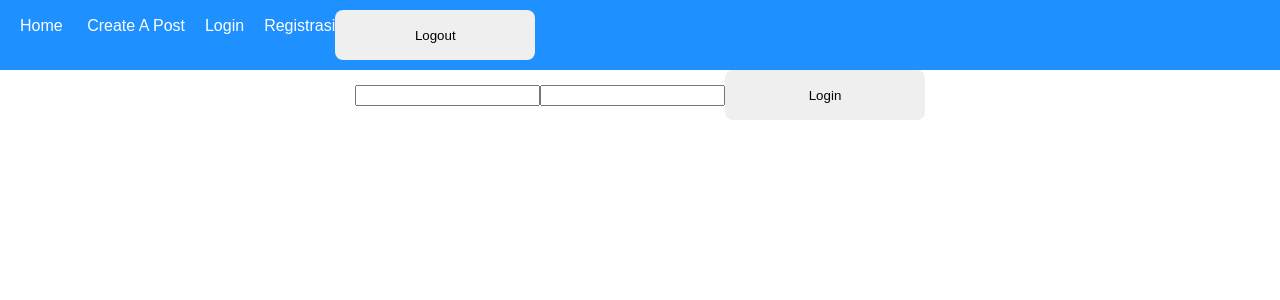
Repository: skipzenni/fullstack_react_training
Page: / (app in client/)
The author's editor kept a copy of each file at every save. The page is drawn from the files as they stood at one save, then again after a run of saves.
The browser window is 1280 px wide. The pictures show the whole page.
The page's requests for data from a server got no answer. The project was rebuilt for these pictures with package versions that can differ from the ones it lists, and the page was loaded fresh each time. No one was signed in, and anything a server would have sent is missing. Also part of the build but not shown: client/src/pages/CreatePost.js, client/src/pages/Post.js, client/src/pages/Registrasi.js, client/src/pages/PageNotFound.js.

Above is the page before, as saved 2023-06-20 00:56:24.

### client/src/App.js
import "./App.css";
import { BrowserRouter as Router, Routes, Route, Link } from "react-router-dom";
import Home from "./pages/Home";
import CreatePost from "./pages/CreatePost";
import Post from "./pages/Post";
import Login from "./pages/Login";
import Registrasi from "./pages/Registrasi";
import { AuthContext } from "./helpers/AuthContext";
import { useEffect, useState } from "react";
import axios from "axios";
import PageNotFound from "./pages/PageNotFound";

function App() {
  const [authState, setAuthState] = useState({
    username: "",
    id: 0,
    status: false,
  });

  useEffect(() => {
    axios.get("http://localhost:3003/auth/auth", {
      headers: {
        accessToken: localStorage.getItem("accessToken"),
      },
    }).then((response) => {
      if (response.data.error) {
        setAuthState({...authState, status: false})
      } else {
        setAuthState({
          username: response.data.username,
          id: response.data.id,
          status: true,
        })
      }
    })
  },[]); // add [] cause it make auth request loop forever

  const logout = () => {
    localStorage.removeItem('accessToken');
    setAuthState({username: "", id: 0, status: false});
  }
  return (
    <div className="App">
      <AuthContext.Provider value={{ authState, setAuthState }}>
        <Router>
          <div className="navbar">
            <div className="link">
            <Link to="/">Home</Link>
            <Link to="/createpost"> Create A Post</Link>
            {!authState.status ? (
              <>
                <Link to="/login">Login</Link>
                <Link to="/registrasi">Registrasi</Link>
              </>
            ) :(
              <button onClick={logout}>Logout</button>
            )
            }
            <h3>{authState.username}</h3>
            </div>
            <div className="logout-container">

              <button onClick={logout}>Logout</button>
            </div>
          </div>
          <Routes>
            <Route path="/" exact Component={Home} />
            <Route path="/createpost" exact Component={CreatePost} />
            <Route path="/post/:id" exact Component={Post} />
            <Route path="/login" exact Component={Login} />
            <Route path="/registrasi" exact Component={Registrasi} />
            <Route path="*" exact Component={PageNotFound} />
          </Routes>
        </Router>
      </AuthContext.Provider>
    </div>
  );
}

export default App;

### client/src/App.css
.App {
  width: 100vw;
  height: auto;
  display: flex;
  align-items: center;
  flex-direction: column;
}

body {
  margin: 0;
  padding: 0;
}


.likeBtn {
  color: rgba(250, 250, 250, 0.8);
}
.unlikeBtn {
  color: white;
}

.post {
  width: 400px;
  height: 300px;
  border-radius: 10px;
  display: flex;
  flex-direction: column;
  margin-top: 50px;
  border: 1px solid lightgray;
  font-family: Arial, Helvetica, sans-serif;

  box-shadow: rgba(99, 99, 99, 0.2) 0px 2px 8px 0px;
}

.post:hover {
  box-shadow: rgba(100, 100, 111, 0.2) 0px 7px 29px 0px;
  cursor: pointer;
}
.post .title {
  flex: 20%;
  border-bottom: 1px solid lightgray;
  background-color: dodgerblue;
  display: grid;
  place-content: center;
  color: white;
}

.post .body {
  flex: 60%;
  display: grid;
  place-content: center;
}

.post .footer {
  flex: 20%;
  border-top: 1px solid lightgray;
  display: flex;
  align-items: center;
  padding-left: 15px;
  background-color: dodgerblue;
  color: white;
  border-bottom-left-radius: 10px;
  border-bottom-right-radius: 10px;
}

/* CREATE POST PAGE CSS */

.createPostPage {
  font-family: Arial, Helvetica, sans-serif;
  width: 100vw;
  height: 70vh;
  display: flex;
  justify-content: center;
  align-items: center;
}
.formContainer {
  display: flex;
  flex-direction: column;
  justify-content: center;
  width: 500px;
  height: auto;
  padding: 20px;
  border: 5px solid dodgerblue;
  border-radius: 5px;
}

.formContainer #inputCreatePost {
  height: 40px;
  margin-top: 10px;
  margin-bottom: 10px;
  border: 2px solid grey;
  border-radius: 5px;
  padding-left: 10px;
  font-size: 20px;
}

.formContainer button {
  margin-top: 15px;
  height: 40px;
  border: none;
  background-color: lightskyblue;
  border-radius: 5px;
  color: white;
}

.formContainer button:hover {
  cursor: pointer;
  background-color: dodgerblue;
}

span {
  color: red;
}

/* NAVBAR */

.navbar {
  width: 100%;
  height: 70px;
  background-color: dodgerblue;
  display: flex;
  align-items: center;
  font-family: Arial, Helvetica, sans-serif;
}

.navbar a {
  margin-left: 20px;
  text-decoration: none;
  color: white;
}

/* INDIVIDUAL POST */
.postPage {
  display: flex;
  flex-direction: row;
  width: 100%;
  height: 100%;
}

.leftSide {
  flex: 50%;
  height: calc(100vh - 70px);
  display: grid;
  place-items: center;
}

.rightSide {
  flex: 50%;
  height: calc(100vh - 70px);
  display: grid;
  place-items: center;
}

.postPage {
  height: 500px;
  width: 600px;
}

.postPage .title,
.postPage .footer {
  font-size: 30px;
}

.postPage .body {
  font-size: 25px;
}

/* Comments */

.rightSide {
  flex: 50%;
  height: calc(100vh - 70px);
  display: grid;
  place-items: center;
  display: flex;
  flex-direction: column;
}

.rightSide .addCommentContainer {
  flex: 20%;
  width: 100%;
  display: grid;
  place-items: center;
  margin-top: 25px;
}

.addCommentContainer input,
button {
  width: 200px;
  height: 50px;
  border-radius: 8px;
  border: none;
}

.addCommentContainer button {
  background-color: dodgerblue;
  color: white;
}

.addCommentContainer input {
  border: 2px solid dodgerblue;
}

.rightSide .listOfComments {
  flex: 80%;
  width: 100%;
  display: flex;
  flex-direction: column;
  align-items: center;
}

.listOfComments .comment {
  width: 70%;
  height: auto;
  padding: 30px;
  border: 1px solid lightgray;
  border-radius: 5px;
  margin-top: 20px;
}

### client/src/pages/Home.js
import React, { useContext } from "react";
import { useEffect, useState } from "react";
import axios from "axios";
import { useNavigate } from "react-router";
import ThumbUpIcon from "@mui/icons-material/ThumbUp";
import { AuthContext } from "../helpers/AuthContext";

function Home() {
  const [listOfPosts, setListOfPosts] = useState([]);
  const [likedPosts, setLikedPosts] = useState([]);
  const {authState} = useContext(AuthContext);
  let navigate = useNavigate();
  useEffect(() => {
    if (!authState.status) {
      navigate("/login");
    } else {
      axios
        .get("http://localhost:3003/posts", {
          headers: { accessToken: localStorage.getItem("accessToken") },
        })
        .then((response) => {
          setListOfPosts(response.data.listOfPosts);
          setLikedPosts(response.data.likedPosts.map((like)=>{
            return like.PostId;
          }));
          console.log(response.data.likedPosts);
        });

    }
  }, []);

  const LikeAPost = (postId) => {
    axios
      .post(
        "http://localhost:3003/likes",
        { PostId: postId },
        { headers: { accessToken: localStorage.getItem("accessToken") } }
      )
      .then((response) => {
        setListOfPosts(
          listOfPosts.map((post) => {
            if (post.id === postId) {
              if (response.data.liked) {
                return { ...post, Likes: [...post.Likes, 0] };
              } else {
                const likesArray = post.Likes;
                likesArray.pop();
                return { ...post, Likes: likesArray };
              }
            } else {
              return post;
            }
          })
        );
      });

    if (likedPosts.includes(postId)) {
      setLikedPosts(likedPosts.filter((id) => {
        return id != postId;
       })
      );
    } else {
      setLikedPosts([...likedPosts, postId]);
    }
  };
  return (
    <div>
      {listOfPosts.map((value, key) => {
        return (
          <div className="post" key={value.id}>
            <div className="title">{value.title}</div>
            <div className="body" onClick={() => navigate(`post/${value.id}`)}>
              {value.postsText}
            </div>
            <div className="footer">
              {value.username}{" "}
              <ThumbUpIcon
                onClick={() => {
                  LikeAPost(value.id);
                }} className={likedPosts.includes(value.id) ? "unlikeBtn" : "likeBtn"}
              />
              <label>{value.Likes.length}</label>
            </div>
          </div>
        );
      })}
    </div>
  );
}

export default Home;

### client/src/pages/Login.js
import axios from "axios";
import React, { useContext, useState } from "react";
import { useNavigate } from "react-router-dom";
import { AuthContext } from "../helpers/AuthContext";

function Login() {
  const [username, setUserName] = useState("");
  const [password, setPassword] = useState("");
  const {setAuthState} = useContext(AuthContext);

  let navigate = useNavigate();

  const login = () => {
    const data = { username: username, password: password };
    axios.post("http://localhost:3003/auth/login", data).then((response) => {
      if (response.data.error) {
        alert(response.data.error);
      } else {
        localStorage.setItem("accessToken", response.data.token);
        setAuthState({username: response.data.username, id: response.data.id, status: true})
        navigate("/");
      }
    });
  };

  return (
    <div>
      <input
        type="text"
        onChange={(event) => {
          setUserName(event.target.value);
        }}
      />
      <input
        type="password"
        onChange={(event) => {
          setPassword(event.target.value);
        }}
      />

      <button onClick={login}>Login</button>
    </div>
  );
}

export default Login;

Loaded but not shown: client/public/index.html (common file); client/src/index.js (common file); client/src/reportWebVitals.js (common file); client/src/helpers/AuthContext.js (common file)

After the next 9 saves:
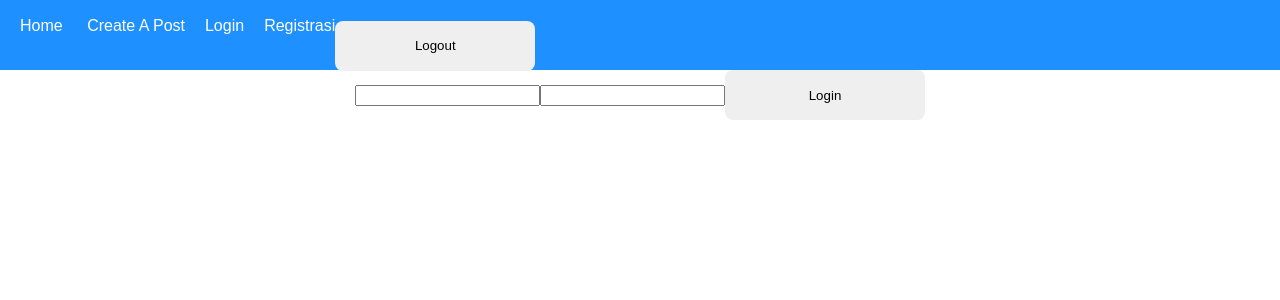
The 9 saves are shown as one change because they came seconds apart.
The last was saved 28 s later.
--- a/client/src/App.js
+++ b/client/src/App.js
@@ -59,7 +59,7 @@ function App() {
             <h3>{authState.username}</h3>
             </div>
             <div className="logout-container">
-
+              <h4>{authState.username}</h4>
               <button onClick={logout}>Logout</button>
             </div>
           </div>
